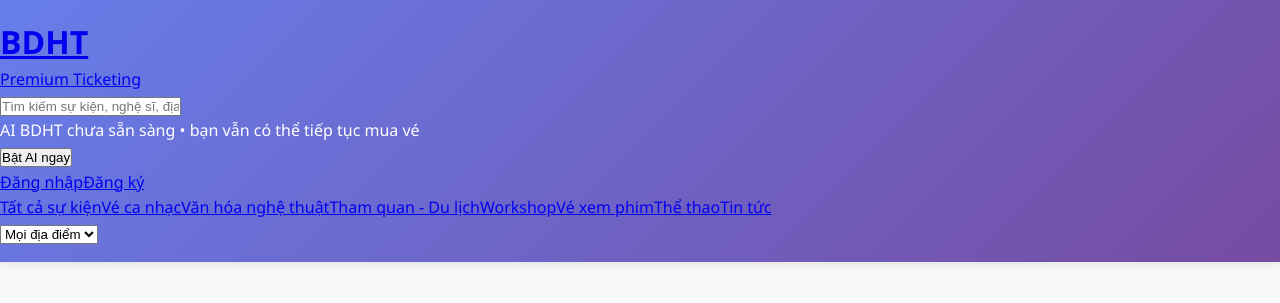
Repository: K23CNT1-TranTheBinh/K23CNT1_TranTheBinh_Project4_2310900012
Page: EventTicket_BDHT_Project/frontend-web/pages/user/venues.html
These files come from the project's save history. The page is drawn as it stood at one moment and after the next save; the edit follows.
The browser window is 1280 px wide. The pictures show the whole page.
The page's requests for data from a server got no answer. Some web libraries are served in a nearby version.

Above is the page before, as saved 2026-05-24 17:26:30.

### EventTicket_BDHT_Project/frontend-web/pages/user/venues.html
<!DOCTYPE html>
<html lang="vi">
<head>
    <meta charset="UTF-8">
    <title>Địa điểm - EventTicket</title>
    <link rel="stylesheet" href="../../assets/css/style.css">
    <style>
        .venues-page { max-width: 1100px; margin: 40px auto; padding: 20px; }
        .search-panel { display:flex; flex-wrap:wrap; gap:16px; align-items:flex-end; margin-bottom:24px; }
        .search-panel input { flex:1; padding:10px 12px; border-radius:6px; border:1px solid #ccc; }
        .search-panel button { padding: 12px 22px; border:none; border-radius:8px; background:#007bff; color:white; cursor:pointer; }
        .venue-card { border:1px solid #ddd; border-radius:10px; padding:18px; margin-bottom:18px; background:#fff; }
        .venue-card h3 { margin-top:0; }
        .btn-detail { margin-top:12px; display:inline-block; padding:10px 18px; background:#28a745; color:white; border-radius:6px; text-decoration:none; }
    </style>
</head>
<body>
    <div id="header-container"></div>
    <main class="venues-page">
        <h1>Khám phá địa điểm</h1>
        <p>Tìm kiếm theo tên, địa chỉ hoặc lọc theo sức chứa tối thiểu.</p>

        <div class="search-panel">
            <input type="text" id="venue-keyword" placeholder="Tìm kiếm địa điểm theo tên hoặc địa chỉ" />
            <button id="btn-search-venues">Tìm kiếm</button>
            <input type="number" id="venue-capacity" placeholder="Sức chứa tối thiểu" min="0" style="max-width: 180px;" />
            <button id="btn-filter-capacity">Lọc sức chứa</button>
        </div>

        <div id="venue-results">Đang tải danh sách địa điểm...</div>
    </main>

    <script src="../../assets/js/core/api-client.js"></script>
    <script src="../../assets/js/venues.js"></script>
</body>
</html>

### EventTicket_BDHT_Project/frontend-web/assets/css/style.css
/* EventTicket Frontend Styles */

/* Reset and Base Styles */
* {
    margin: 0;
    padding: 0;
    box-sizing: border-box;
}

body {
    font-family: 'Segoe UI', Tahoma, Geneva, Verdana, sans-serif;
    line-height: 1.6;
    color: #333;
    background-color: #f8f9fa;
}

header {
    background: linear-gradient(135deg, #667eea 0%, #764ba2 100%);
    color: white;
    padding: 1rem 0;
    position: fixed;
    width: 100%;
    top: 0;
    z-index: 1000;
    box-shadow: 0 2px 10px rgba(0,0,0,0.1);
}

main {
    margin-top: 80px;
    padding: 2rem;
    max-width: 1200px;
    margin-left: auto;
    margin-right: auto;
}

.container {
    max-width: 1200px;
    margin: 0 auto;
    padding: 0 1rem;
}

.btn {
    background: #667eea;
    color: white;
    padding: 0.75rem 1.5rem;
    border: none;
    border-radius: 5px;
    cursor: pointer;
    font-size: 1rem;
    transition: background 0.3s;
}

.btn:hover {
    background: #5a67d8;
}

.btn-danger {
    background: #e53e3e;
}

.btn-danger:hover {
    background: #c53030;
}

.card {
    background: white;
    border-radius: 10px;
    box-shadow: 0 4px 6px rgba(0,0,0,0.1);
    padding: 1.5rem;
    margin-bottom: 1.5rem;
}

.event-card {
    display: flex;
    gap: 1.5rem;
    margin-bottom: 2rem;
    padding: 1.5rem;
    border-radius: 10px;
    background: white;
    box-shadow: 0 4px 12px rgba(0,0,0,0.1);
    transition: transform 0.3s, box-shadow 0.3s;
}

.event-card:hover {
    transform: translateY(-5px);
    box-shadow: 0 8px 25px rgba(0,0,0,0.15);
}

/* Responsive */
@media (max-width: 768px) {
    .event-card {
        flex-direction: column;
    }

    main {
        padding: 1rem;
    }
}

/* Loading Spinner */
.loading {
    display: inline-block;
    width: 20px;
    height: 20px;
    border: 3px solid #f3f3f3;
    border-top: 3px solid #667eea;
    border-radius: 50%;
    animation: spin 1s linear infinite;
}

@keyframes spin {
    0% { transform: rotate(0deg); }
    100% { transform: rotate(360deg); }
}

### EventTicket_BDHT_Project/frontend-web/assets/js/venues.js
document.addEventListener('DOMContentLoaded', () => {
    window.pageUtils.loadHeader();
    setupVenueSearch();
    loadRecentVenues();
});

function setupVenueSearch() {
    const searchButton = document.getElementById('btn-search-venues');
    const capacityButton = document.getElementById('btn-filter-capacity');

    if (searchButton) {
        searchButton.addEventListener('click', async () => {
            const keyword = document.getElementById('venue-keyword').value.trim();
            if (!keyword) {
                alert('Vui lòng nhập từ khóa tìm kiếm.');
                return;
            }
            await searchVenues(keyword);
        });
    }

    if (capacityButton) {
        capacityButton.addEventListener('click', async () => {
            const minCapacity = Number(document.getElementById('venue-capacity').value || 0);
            if (minCapacity <= 0) {
                alert('Nhập sức chứa tối thiểu lớn hơn 0.');
                return;
            }
            await filterVenuesByCapacity(minCapacity);
        });
    }
}

async function loadRecentVenues() {
    const results = document.getElementById('venue-results');
    if (!results) return;
    results.innerHTML = '<div class="empty-state">Đang tải danh sách địa điểm...</div>';
    try {
        const venues = await window.apiClient.get('/api/vtd/public/venues/search?keyword=');
        showVenues(venues || []);
    } catch (error) {
        results.innerHTML = `<div class="empty-state">Không thể tải dữ liệu: ${error.message}</div>`;
    }
}

async function searchVenues(keyword) {
    const results = document.getElementById('venue-results');
    if (!results) return;
    results.innerHTML = '<div class="empty-state">Đang tìm kiếm...</div>';
    try {
        const venues = await window.apiClient.get(`/api/vtd/public/venues/search?keyword=${encodeURIComponent(keyword)}`);
        showVenues(venues || []);
    } catch (error) {
        results.innerHTML = `<div class="empty-state">Lỗi tìm kiếm: ${error.message}</div>`;
    }
}

async function filterVenuesByCapacity(minCapacity) {
    const results = document.getElementById('venue-results');
    if (!results) return;
    results.innerHTML = '<div class="empty-state">Đang lọc địa điểm...</div>';
    try {
        const venues = await window.apiClient.get(`/api/vtd/public/venues/by-capacity?minCapacity=${encodeURIComponent(minCapacity)}`);
        showVenues(venues || []);
    } catch (error) {
        results.innerHTML = `<div class="empty-state">Lỗi lọc: ${error.message}</div>`;
    }
}

function showVenues(venues) {
    const results = document.getElementById('venue-results');
    if (!results) return;
    if (!venues || venues.length === 0) {
        results.innerHTML = '<div class="empty-state">Không tìm thấy địa điểm phù hợp.</div>';
        return;
    }

    results.innerHTML = venues.map(venue => {
        const title = venue.name || venue.venueName || 'Địa điểm chưa xác định';
        const address = venue.address || venue.location || 'Không có địa chỉ';
        const capacity = venue.capacity || venue.maxCapacity || 'N/A';
        const id = venue.venueId || venue.id;
        return `
            <div class="venue-card">
                <h3>${title}</h3>
                <p><strong>Địa chỉ:</strong> ${address}</p>
                <p><strong>Sức chứa:</strong> ${capacity}</p>
                <a href="${window.pageUtils.resolveUrl(`/pages/user/venue-detail.html?id=${id}`)}" class="btn-detail">Xem chi tiết</a>
            </div>
        `;
    }).join('');
}

### EventTicket_BDHT_Project/frontend-web/components/header.html
<!-- Header Component -->
<header class="w-full">
    <!-- Top Bar -->
    <div class="max-w-7xl mx-auto px-6 h-20 flex items-center justify-between gap-8">

        <!-- Logo -->
        <a href="pages/index.html" class="flex flex-col flex-shrink-0 group">
            <h1
                class="text-2xl font-extrabold text-gray-900 tracking-tight group-hover:text-brand-purple transition-colors">
                BDHT</h1>
            <p class="text-[9px] font-bold text-gray-400 uppercase tracking-widest mt-0.5" data-i18n="header.subtitle">
                Premium Ticketing</p>
        </a>

        <!-- Search -->
        <div class="hidden md:flex flex-1 max-w-xl">
            <div class="relative w-full group">
                <div class="absolute inset-y-0 left-0 pl-4 flex items-center pointer-events-none">
                    <i class="fas fa-search text-gray-400 group-focus-within:text-brand-purple transition-colors"></i>
                </div>
                <input id="header-search-keyword" type="text" placeholder="Tìm kiếm sự kiện, nghệ sĩ, địa điểm..." data-i18n="header.search_placeholder"
                    class="w-full pl-10 pr-4 py-2.5 bg-gray-50 border border-transparent rounded-full text-sm font-medium text-gray-900 focus:bg-white focus:border-gray-200 focus:ring-4 focus:ring-gray-100 outline-none transition-all duration-300">
            </div>
        </div>

        <!-- User Actions & Language -->
        <div class="flex items-center gap-6">
            <div class="hidden md:block">
                <div class="ai-status-shell rounded-full bg-gradient-to-r from-amber-200 via-orange-200 to-rose-200 p-[1px] shadow-[0_0_24px_rgba(251,191,36,0.32)] transition-all duration-300">
                    <div id="header-ai-status-pill"
                        class="hidden md:flex items-center gap-3 rounded-full border border-amber-200 bg-amber-50 px-3 py-1.5 text-[11px] font-bold text-amber-700 shadow-sm whitespace-nowrap">
                        <div class="flex items-center gap-2">
                            <span id="header-ai-status-dot" class="inline-block h-2 w-2 rounded-full bg-amber-500 animate-pulse"></span>
                            <span class="inline-flex items-center gap-1.5">
                                <i class="fas fa-robot text-[10px]"></i>
                                <span id="header-ai-status-text">Đang kiểm tra trợ lý AI...</span>
                            </span>
                        </div>
                        <button id="header-ai-cta" type="button"
                            class="hidden group items-center gap-1 rounded-full bg-gradient-to-r from-amber-400 via-orange-400 to-rose-400 px-2.5 py-1 text-[10px] font-bold text-slate-950 shadow-[0_8px_20px_rgba(249,115,22,0.28)] transition-all duration-300 hover:scale-105 hover:-translate-y-0.5">
                            <span class="inline-flex h-4 w-4 items-center justify-center rounded-full bg-slate-950/10">
                                <i class="fas fa-bolt text-[9px]"></i>
                            </span>
                            <span>Bật AI ngay</span>
                        </button>
                    </div>
                </div>
            </div>

            <div class="w-px h-6 bg-gray-200"></div>

            <!-- Auth Buttons -->
            <div id="guest-menu" class="flex items-center gap-3">
                <a href="pages/user/login.html" data-i18n="header.login"
                    class="text-sm font-bold text-gray-600 hover:text-gray-900 transition-colors px-2">Đăng nhập</a>
                <a href="pages/user/register.html" data-i18n="header.register"
                    class="bg-gray-900 hover:bg-brand-purple text-white text-sm font-bold px-5 py-2.5 rounded-full transition-all duration-300 hover:shadow-lg hover:-translate-y-0.5 active:translate-y-0">Đăng
                    ký</a>
            </div>

            <!-- User Menu (Hidden by default) -->
            <div id="user-menu" style="display: none;" class="relative items-center gap-3">
                <button type="button" id="user-dropdown-trigger"
                    class="flex items-center gap-3 outline-none border-none bg-transparent cursor-pointer group">
                    <span id="header-user-display-name"
                        class="text-sm font-bold text-gray-700 leading-tight group-hover:text-brand-purple transition-colors">User
                        Name</span>
                    <div id="header-user-avatar-char"
                        class="w-10 h-10 rounded-full bg-gradient-to-r from-brand-purple to-indigo-500 text-white font-extrabold text-sm flex items-center justify-center shadow-md group-hover:shadow-lg transition-all">
                        U
                    </div>
                    <i
                        class="fas fa-chevron-down text-[10px] text-gray-400 group-hover:text-brand-purple transition-colors"></i>
                </button>

                <!-- Dropdown Menu -->
                <div id="user-dropdown-menu"
                    class="hidden absolute right-0 top-12 w-56 bg-white border border-gray-100 rounded-2xl shadow-[0_10px_40px_rgba(0,0,0,0.08)] z-[100] py-2 flex flex-col overflow-hidden">
                    <a href="pages/user/profile.html"
                        class="px-5 py-3 text-sm font-bold text-gray-600 hover:bg-gray-50 hover:text-brand-purple transition-colors flex items-center gap-3">
                        <i class="far fa-user w-5 text-center text-gray-400"></i> <span data-i18n="header.profile">Hồ sơ
                            cá nhân</span>
                    </a>
                    <a href="pages/user/dashboard.html"
                        class="px-5 py-3 text-sm font-bold text-gray-600 hover:bg-gray-50 hover:text-brand-purple transition-colors flex items-center gap-3">
                        <i class="fas fa-ticket-alt w-5 text-center text-gray-400"></i> <span
                            data-i18n="header.my_events">Sự kiện của bạn</span>
                    </a>
                    <div class="h-px bg-gray-100 my-1 mx-3"></div>
                    <a href="javascript:void(0);" id="btn-logout"
                        class="px-5 py-3 text-sm font-bold text-red-500 hover:bg-red-50 transition-colors flex items-center gap-3">
                        <i class="fas fa-sign-out-alt w-5 text-center"></i> <span data-i18n="header.logout">Đăng
                            xuất</span>
                    </a>
                </div>
            </div>

        </div>
    </div>

    <!-- Navigation Bar -->
    <div class="bg-brand-purple w-full border-t border-purple-800/30">
        <div class="max-w-7xl mx-auto px-6 h-14 flex items-center justify-between">
            <div id="header-category-nav" class="flex items-center gap-8 overflow-x-auto scrollbar-hide">
                <span class="text-sm font-bold text-white/90">Đang tải danh mục...</span>
            </div>

            <div class="hidden lg:flex items-center gap-2 bg-white/10 px-4 py-1.5 rounded-full border border-white/20">
                <i class="fas fa-map-marker-alt text-white/70 text-xs"></i>
                <select id="header-location-filter"
                    class="bg-transparent text-white text-xs font-bold outline-none border-none cursor-pointer appearance-none pr-4 relative">
                    <option value="">Mọi địa điểm</option>
                </select>
                <i class="fas fa-chevron-down text-white/50 text-[10px] absolute right-4 pointer-events-none"></i>
            </div>
        </div>
    </div>
</header>

Loaded but not shown: EventTicket_BDHT_Project/frontend-web/assets/js/core/api-client.js (631 lines, source omitted)

After the next save:
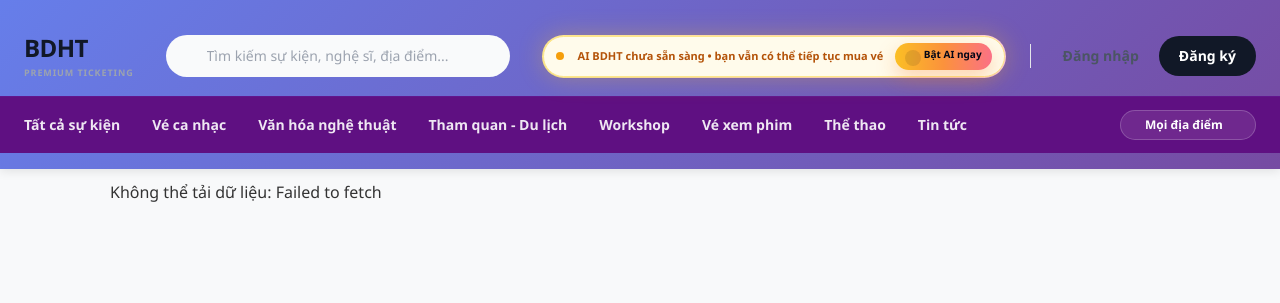
Saved 31 s later.
--- a/EventTicket_BDHT_Project/frontend-web/pages/user/venues.html
+++ b/EventTicket_BDHT_Project/frontend-web/pages/user/venues.html
@@ -2,7 +2,20 @@
 <html lang="vi">
 <head>
     <meta charset="UTF-8">
-    <title>Địa điểm - EventTicket</title>
+    <title>Địa điểm - BDHT Premium</title>
+    <!-- Tailwind CSS CDN -->
+    <script src="https://cdn.tailwindcss.com"></script>
+    <script>
+        tailwind.config = {
+            theme: {
+                extend: {
+                    colors: { brand: { purple: '#5f1082', orange: '#f26f21' } },
+                    fontFamily: { sans: ['Poppins', 'sans-serif'] }
+                }
+            }
+        }
+    </script>
+    <link href="https://fonts.googleapis.com/css2?family=Poppins:wght@300;400;500;600;700;800;900&display=swap" rel="stylesheet">
     <link rel="stylesheet" href="../../assets/css/style.css">
     <style>
         .venues-page { max-width: 1100px; margin: 40px auto; padding: 20px; }
